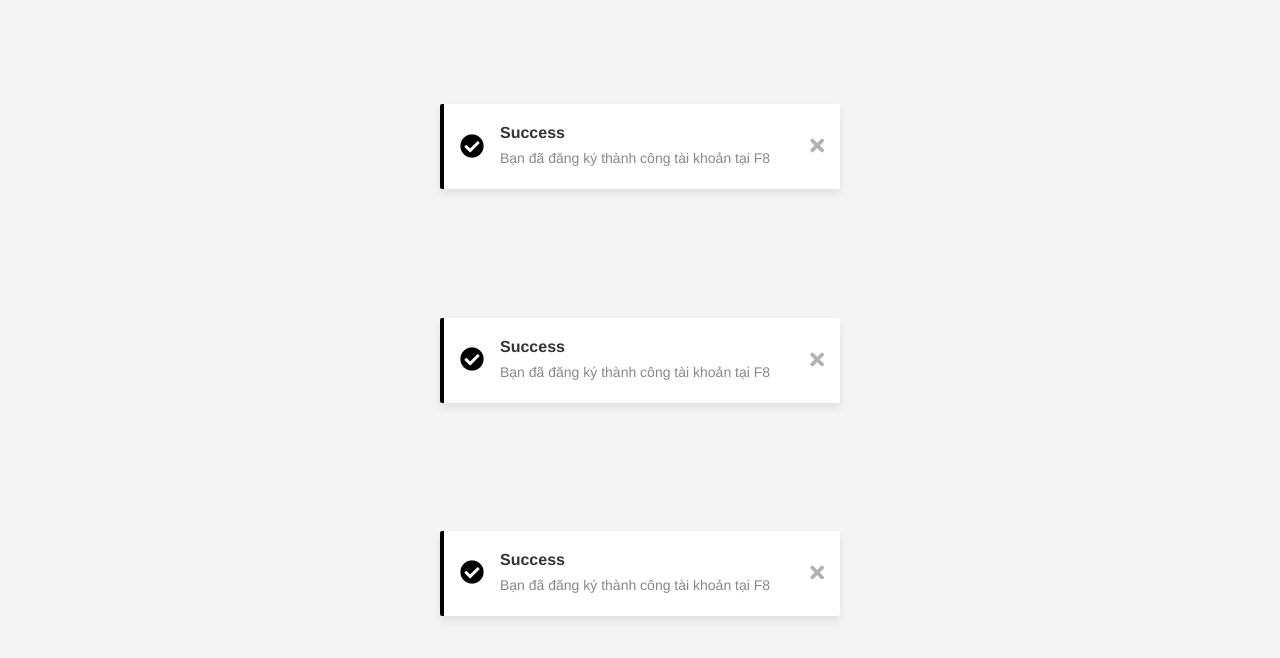
Repository: vuongtm1999/Toast_Message
Page: toast-message.html
The author's editor kept a copy of each file at every save. The page is drawn from the files as they stood at one save, then again after the next save.
The browser window is 1280 px wide. The pictures show the whole page.

Above is the page before, as saved 2022-09-01 12:51:12.

### toast-message.html
<!DOCTYPE html>
<html lang="en">
  <head>
    <meta charset="UTF-8" />
    <meta http-equiv="X-UA-Compatible" content="IE=edge" />
    <meta name="viewport" content="width=device-width, initial-scale=1.0" />
    <link
      rel="stylesheet"
      href="https://cdnjs.cloudflare.com/ajax/libs/font-awesome/5.15.1/css/all.min.css"
      integrity="sha512-+4zCK9k+qNFUR5X+cKL9EIR+ZOhtIloNl9GIKS57V1MyNsYpYcUrUeQc9vNfzsWfV28IaLL3i96P9sdNyeRssA=="
      crossorigin="anonymous"
    />
    <link rel="stylesheet" href="toast-message.css" />
    <script type="text/javascript" src="toast-message.js"></script>
    <title>Toast message</title>
  </head>
  <body>
    <div id="toast"></div>
    <div class="toast">
      <!-- success -->
      <div class="toast__icon">
        <i class="fas fa-check-circle"></i>
      </div>
      <div class="toast__body">
        <h3 class="toast__title">Success</h3>
        <p class="toast__msg">Bạn đã đăng ký thành công tài khoản tại F8</p>
      </div>
      <div class="toast__close">
        <i class="fas fa-times"></i>
      </div>
    </div>

    <div class="toast">
        <!-- warming -->
      <div class="toast__icon">
        <i class="fas fa-check-circle"></i>
      </div>
      <div class="toast__body">
        <h3 class="toast__title">Success</h3>
        <p class="toast__msg">Bạn đã đăng ký thành công tài khoản tại F8</p>
      </div>
      <div class="toast__close">
        <i class="fas fa-times"></i>
      </div>
    </div>

    <!-- danger -->
    <div class="toast">
      <!-- success -->
      <div class="toast__icon">
        <i class="fas fa-check-circle"></i>
      </div>
      <div class="toast__body">
        <h3 class="toast__title">Success</h3>
        <p class="toast__msg">Bạn đã đăng ký thành công tài khoản tại F8</p>
      </div>
      <div class="toast__close">
        <i class="fas fa-times"></i>
      </div>
    </div>

    <!-- <div>
      <div onclick="showSuccessToast();" class="btn btn--success">
        Show success toast
      </div>
      <div onclick="showErrorToast();" class="btn btn--danger">
        Show error toast
      </div>
    </div> -->

    <script>
      function showSuccessToast() {
        toast({
          title: "Thành công!",
          message: "Bạn đã đăng ký thành công tài khoản tại F8.",
          type: "success",
          duration: 5000,
        });
      }

      function showErrorToast() {
        toast({
          title: "Thất bại!",
          message: "Có lỗi xảy ra, vui lòng liên hệ quản trị viên.",
          type: "error",
          duration: 5000,
        });
      }
    </script>
  </body>
</html>

### toast-message.css
* {
    padding: 0;
    margin: 0;
    box-sizing: border-box;
}

body {
    height: 100vh;
    display: flex;
    flex-direction: column;
    font-family: "Helvetica Neue";
    background-color: #f4f4f5;
}

body>div {
    margin: auto;
}

/* ======= Buttons ======== */

/* Block */
.btn {
    display: inline-block;
    text-decoration: none;
    background-color: transparent;
    border: none;
    outline: none;
    color: #fff;
    padding: 12px 48px;
    border-radius: 50px;
    cursor: pointer;
    min-width: 120px;
    transition: opacity 0.2s ease;
}

/* Modifier */
.btn--size-l {
    padding: 16px 56px;
}

.btn--size-s {
    padding: 8px 32px;
}

.btn:hover {
    opacity: 0.8;
}

.btn+.btn {
    margin-left: 16px;
}

.btn--success {
    background-color: #71be34;
}

.btn--warn {
    background-color: #ffb702;
}

.btn--danger {
    background-color: #ff623d;
}

.btn--disabled {
    opacity: 0.5 !important;
    cursor: default;
}

/* ======= Toast message ======== */

#toast {
    position: fixed;
    top: 32px;
    right: 32px;
    z-index: 999999;
}

.toast {
    display: flex;
    align-items: center;
    background-color: #fff;
    border-radius: 2px;
    padding: 20px 0;
    min-width: 400px;
    max-width: 450px;
    border-left: 4px solid;
    box-shadow: 0 5px 8px rgba(0, 0, 0, 0.08);
    /* transition: all linear 0.3s; */
}

/* @keyframes slideInLeft {
    from {
        opacity: 0;
        transform: translateX(calc(100% + 32px));
    }

    to {
        opacity: 1;
        transform: translateX(0);
    }
}

@keyframes fadeOut {
    to {
        opacity: 0;
    }
} */

.toast--success {
    border-color: #47d864;
}

.toast--success .toast__icon {
    color: #47d864;
}

.toast--info {
    border-color: #2f86eb;
}

.toast--info .toast__icon {
    color: #2f86eb;
}

.toast--warning {
    border-color: #ffc021;
}

.toast--warning .toast__icon {
    color: #ffc021;
}

.toast--error {
    border-color: #ff623d;
}

.toast--error .toast__icon {
    color: #ff623d;
}

.toast+.toast {
    margin-top: 24px;
}

.toast__icon {
    font-size: 24px;
}

.toast__icon,
.toast__close {
    padding: 0 16px;
}

.toast__body {
    flex-grow: 1;
}

.toast__title {
    font-size: 16px;
    font-weight: 600;
    color: #333;
}

.toast__msg {
    font-size: 14px;
    color: #888;
    margin-top: 6px;
    line-height: 1.5;
}

.toast__close {
    font-size: 20px;
    color: rgba(0, 0, 0, 0.3);
    cursor: pointer;
}

Loaded but not shown: toast-message.js (no stored copy; drawn as an empty file)

After the next save:
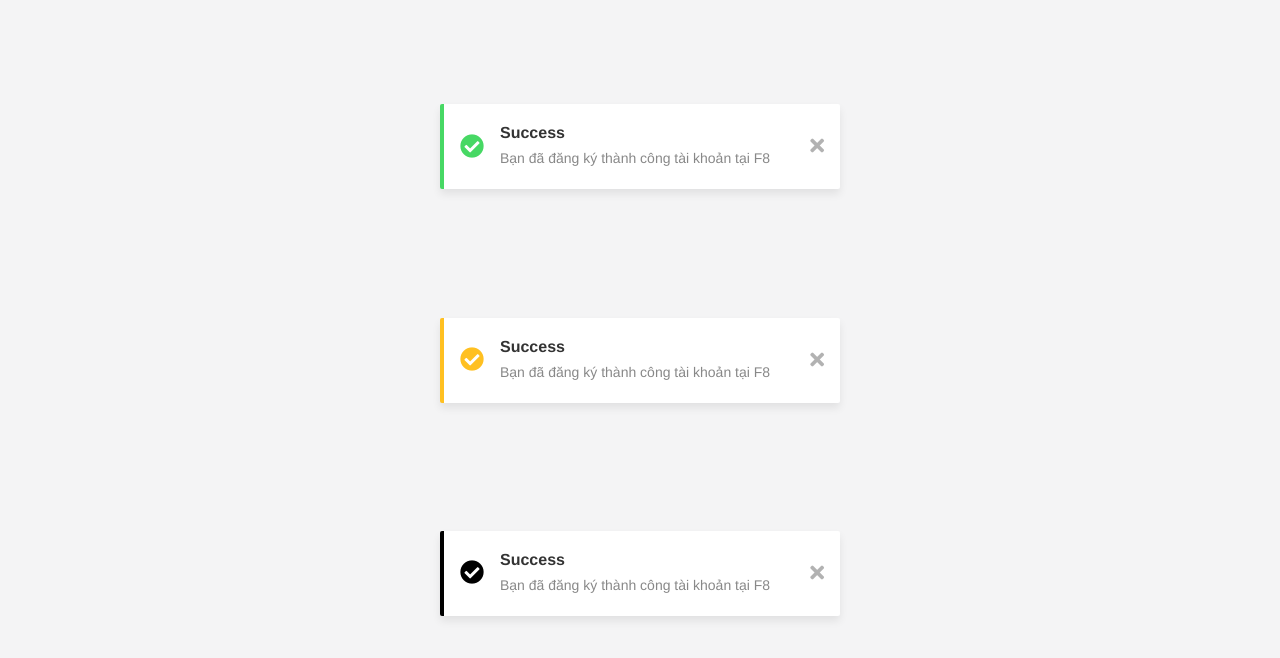
Saved 74 s later.
--- a/toast-message.html
+++ b/toast-message.html
@@ -16,7 +16,7 @@
   </head>
   <body>
     <div id="toast"></div>
-    <div class="toast">
+    <div class="toast toast--success">
       <!-- success -->
       <div class="toast__icon">
         <i class="fas fa-check-circle"></i>
@@ -30,7 +30,7 @@
       </div>
     </div>
 
-    <div class="toast">
+    <div class="toast toast--warning">
         <!-- warming -->
       <div class="toast__icon">
         <i class="fas fa-check-circle"></i>
@@ -45,7 +45,7 @@
     </div>
 
     <!-- danger -->
-    <div class="toast">
+    <div class="toast toast--danger">
       <!-- success -->
       <div class="toast__icon">
         <i class="fas fa-check-circle"></i>
